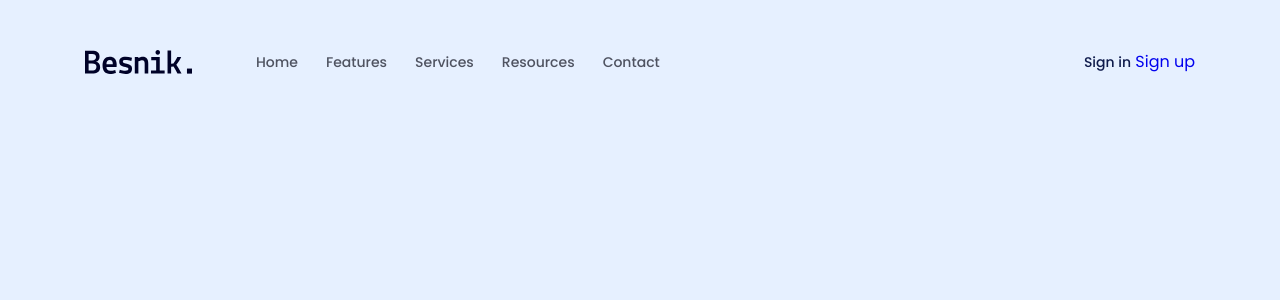
Repository: trungnguyen131/froject-01
Page: index.html
An editor plug-in stored every save of this project. The page is shown before and after a run of saves, followed by the edit.
The browser window is 1280 px wide. The pictures show the whole page.

Above is the page before, as saved 2024-02-24 11:24:53.

### index.html
<!DOCTYPE html>
<html lang="en">
<head>
    <meta charset="UTF-8">
    <meta name="viewport" content="width=device-width, initial-scale=1.0">
    <title>Project 01</title>
    <link rel="stylesheet" href="./assets/css/reset.css">
    <link rel="stylesheet" href="./assets/fonts/stylesheet.css">
    <link rel="stylesheet" href="./assets/css/style.css">
</head>
<body>
    <main>
        <!-- Header -->
        <header class="header">
            <div class="content">
                <nav class="navbar">
                    <!-- Logo -->
                    <img src="./assets/img/logo.svg" alt="Besnik.">
                    <!-- Navigation -->
                    <ul>
                        <li><a href="#!">Home</a></li>
                        <li><a href="#!">Features</a></li>
                        <li><a href="#!">Services</a></li>
                        <li><a href="#!">Resources</a></li>
                        <li><a href="#!">Contact</a></li>
                    </ul>
                    <!-- Action -->
                    <div class="actions">
                        <a href="#!" class="action-link">Sign in</a>
                        <a href="#!" class="btn">Sign up</a>
                    </div>
                </nav>
            </div>
        </header>
    </main>
</body>
</html>

### assets/fonts/stylesheet.css
/* ========================= Poppins =========================  */
@font-face {
    font-family: 'Poppins';
    src: url('Poppins/Poppins-SemiBold.woff2') format('woff2'),
        url('Poppins/Poppins-SemiBold.woff') format('woff');
    font-weight: 600;
    font-style: normal;
    font-display: swap;
}

@font-face {
    font-family: 'Poppins';
    src: url('Poppins/Poppins-Regular.woff2') format('woff2'),
        url('Poppins/Poppins-Regular.woff') format('woff');
    font-weight: normal;
    font-style: normal;
    font-display: swap;
}

@font-face {
    font-family: 'Poppins';
    src: url('Poppins/Poppins-MediumItalic.woff2') format('woff2'),
        url('Poppins/Poppins-MediumItalic.woff') format('woff');
    font-weight: 500;
    font-style: italic;
    font-display: swap;
}

@font-face {
    font-family: 'Poppins';
    src: url('Poppins/Poppins-Thin.woff2') format('woff2'),
        url('Poppins/Poppins-Thin.woff') format('woff');
    font-weight: 100;
    font-style: normal;
    font-display: swap;
}

@font-face {
    font-family: 'Poppins';
    src: url('Poppins/Poppins-ThinItalic.woff2') format('woff2'),
        url('Poppins/Poppins-ThinItalic.woff') format('woff');
    font-weight: 100;
    font-style: italic;
    font-display: swap;
}

@font-face {
    font-family: 'Poppins';
    src: url('Poppins/Poppins-Black.woff2') format('woff2'),
        url('Poppins/Poppins-Black.woff') format('woff');
    font-weight: 900;
    font-style: normal;
    font-display: swap;
}

@font-face {
    font-family: 'Poppins';
    src: url('Poppins/Poppins-Bold.woff2') format('woff2'),
        url('Poppins/Poppins-Bold.woff') format('woff');
    font-weight: bold;
    font-style: normal;
    font-display: swap;
}

@font-face {
    font-family: 'Poppins';
    src: url('Poppins/Poppins-SemiBoldItalic.woff2') format('woff2'),
        url('Poppins/Poppins-SemiBoldItalic.woff') format('woff');
    font-weight: 600;
    font-style: italic;
    font-display: swap;
}

@font-face {
    font-family: 'Poppins';
    src: url('Poppins/Poppins-BlackItalic.woff2') format('woff2'),
        url('Poppins/Poppins-BlackItalic.woff') format('woff');
    font-weight: 900;
    font-style: italic;
    font-display: swap;
}

@font-face {
    font-family: 'Poppins';
    src: url('Poppins/Poppins-ExtraBoldItalic.woff2') format('woff2'),
        url('Poppins/Poppins-ExtraBoldItalic.woff') format('woff');
    font-weight: bold;
    font-style: italic;
    font-display: swap;
}

@font-face {
    font-family: 'Poppins';
    src: url('Poppins/Poppins-ExtraBold.woff2') format('woff2'),
        url('Poppins/Poppins-ExtraBold.woff') format('woff');
    font-weight: bold;
    font-style: normal;
    font-display: swap;
}

@font-face {
    font-family: 'Poppins';
    src: url('Poppins/Poppins-ExtraLightItalic.woff2') format('woff2'),
        url('Poppins/Poppins-ExtraLightItalic.woff') format('woff');
    font-weight: 200;
    font-style: italic;
    font-display: swap;
}

@font-face {
    font-family: 'Poppins';
    src: url('Poppins/Poppins-ExtraLight.woff2') format('woff2'),
        url('Poppins/Poppins-ExtraLight.woff') format('woff');
    font-weight: 200;
    font-style: normal;
    font-display: swap;
}

@font-face {
    font-family: 'Poppins';
    src: url('Poppins/Poppins-BoldItalic.woff2') format('woff2'),
        url('Poppins/Poppins-BoldItalic.woff') format('woff');
    font-weight: bold;
    font-style: italic;
    font-display: swap;
}

@font-face {
    font-family: 'Poppins';
    src: url('Poppins/Poppins-Italic.woff2') format('woff2'),
        url('Poppins/Poppins-Italic.woff') format('woff');
    font-weight: normal;
    font-style: italic;
    font-display: swap;
}

@font-face {
    font-family: 'Poppins';
    src: url('Poppins/Poppins-Medium.woff2') format('woff2'),
        url('Poppins/Poppins-Medium.woff') format('woff');
    font-weight: 500;
    font-style: normal;
    font-display: swap;
}

@font-face {
    font-family: 'Poppins';
    src: url('Poppins/Poppins-LightItalic.woff2') format('woff2'),
        url('Poppins/Poppins-LightItalic.woff') format('woff');
    font-weight: 300;
    font-style: italic;
    font-display: swap;
}

@font-face {
    font-family: 'Poppins';
    src: url('Poppins/Poppins-Light.woff2') format('woff2'),
        url('Poppins/Poppins-Light.woff') format('woff');
    font-weight: 300;
    font-style: normal;
    font-display: swap;
}

### assets/css/style.css
* {
    box-sizing: border-box;
}

html {
    font-size: 62.5%;;
}

body {
    font-size: 1.6rem;
    font-family: 'Poppins', sans-serif;
}

/* Common */
a {
    text-decoration: none;
}
.content {
    width: 1110px;
    margin-left: auto;
    margin-right:auto;
}
.btn {
    min-width: 98px;

}
/* Header */
.header {
    height: 100vh;
    background: #E6F0FF;
}

.navbar {
    display: flex;
    align-items: center;
    padding-top: 50px;
}

.navbar ul {
    display: flex;
    margin-left: 50px;
}

.navbar .actions {
    margin-left: auto;
}

.navbar ul a {
    font-size: 1.4rem;
    font-weight: 500;
    color: #4F5361;
    padding: 8px 14px;
}

.navbar .action-link {
    font-size: 14px;
    font-weight: 500;
    color: #0F1B4C;
}

Loaded but not shown: assets/css/reset.css (common file)

After the next 5 saves:
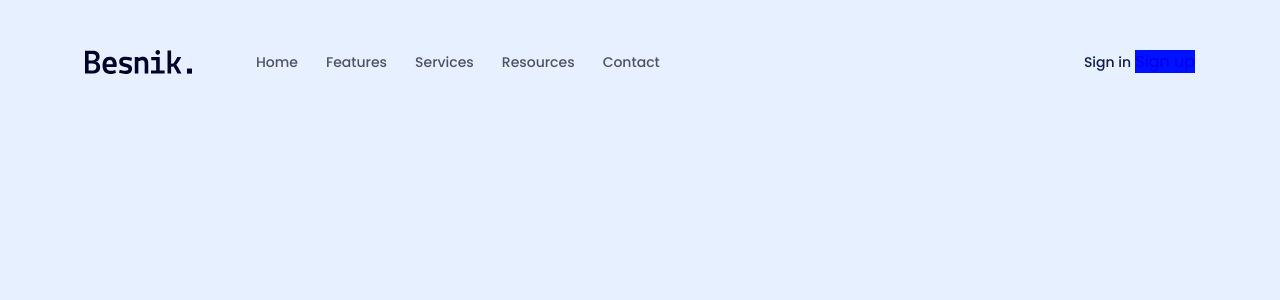
The 5 saves are shown as one change because they came seconds apart.
The last was saved 17 s later.
--- a/assets/css/style.css
+++ b/assets/css/style.css
@@ -22,7 +22,7 @@ a {
 }
 .btn {
     min-width: 98px;
-
+    background-color: #01f;
 }
 /* Header */
 .header {
